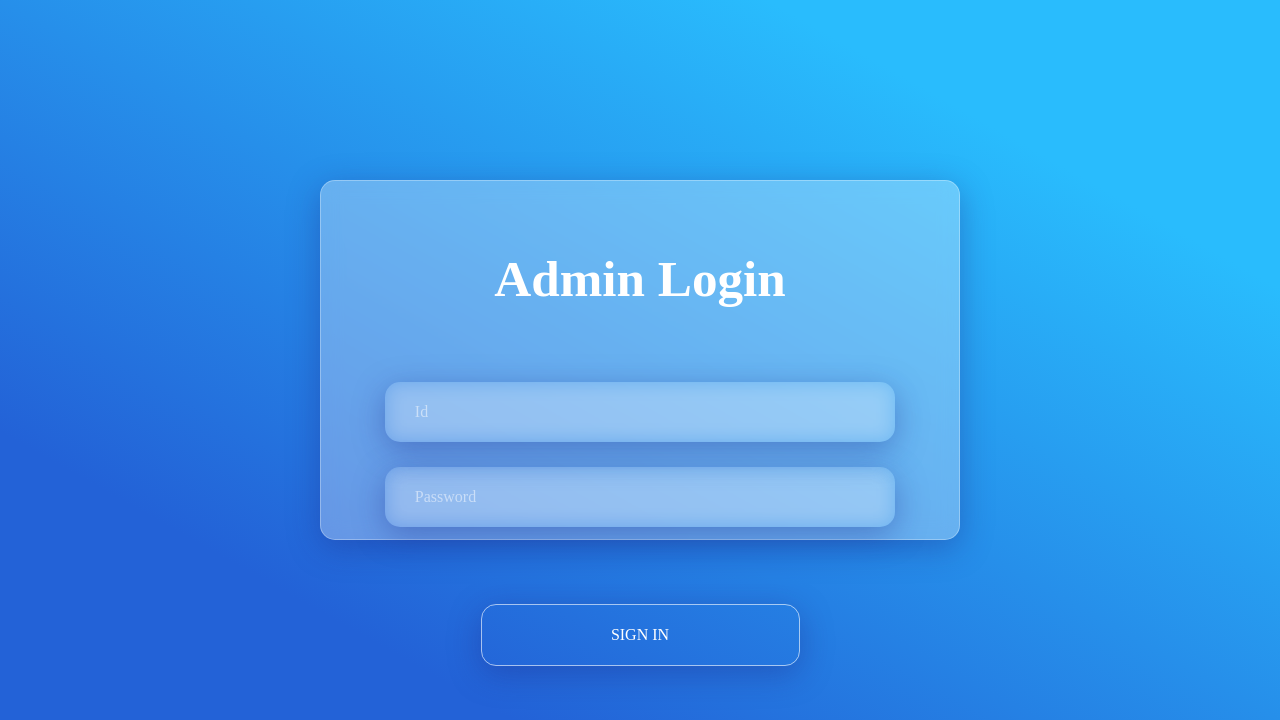
Repository: LEEYONGJUN3068/cms
Page: /login
An editor plug-in stored every save of this project. The page is shown before and after the next save, followed by the edit.
The browser window is 1280 px wide. The pictures show the whole page.
The page's requests for data from a server got no answer. The project was rebuilt for these pictures with package versions that can differ from the ones it lists, and the page was loaded fresh each time. The framework's server and built-in components were replaced by stand-ins that run in the browser. No one was signed in, and anything a server would have sent is missing. Also part of the build but not shown: next.config.mjs.

Above is the page before, as saved 2025-09-23 14:45:07.

After the next save:
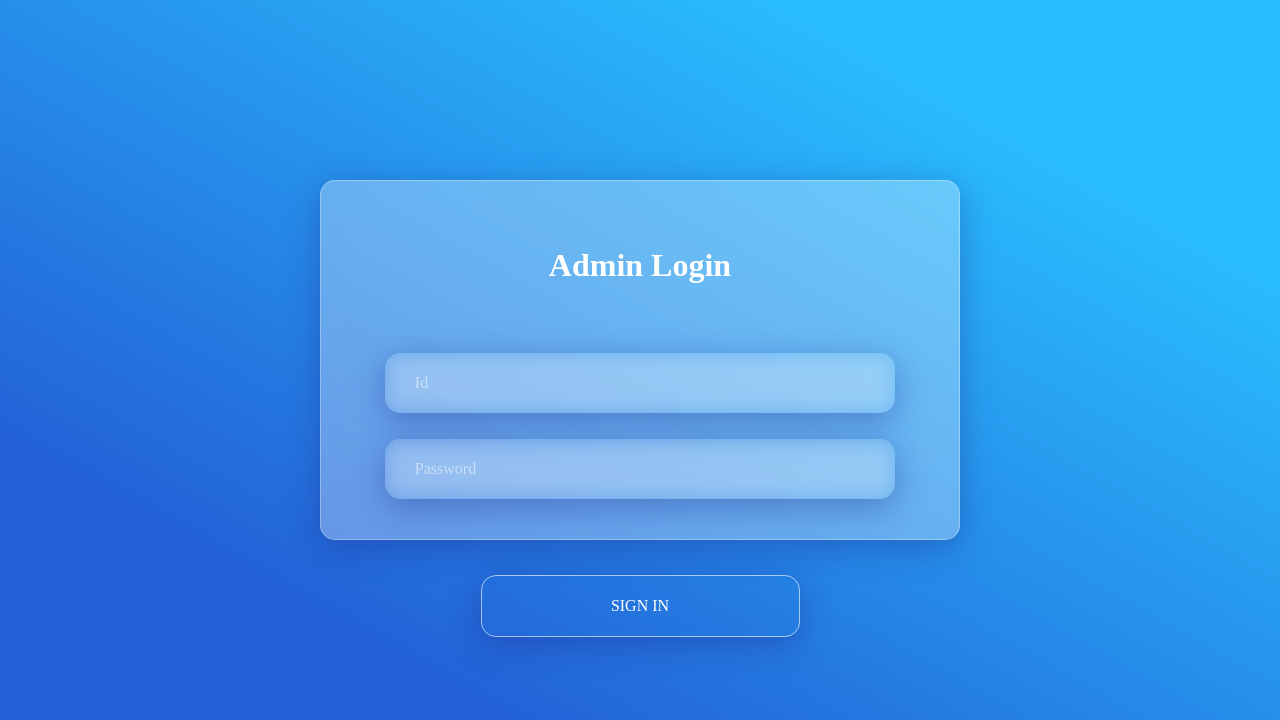
Saved 7 s later.
--- a/src/app/login/login.module.scss
+++ b/src/app/login/login.module.scss
@@ -22,7 +22,7 @@
         h2{
             text-align: center;
             font-weight: bold;
-            font-size: clamp(0px, 4vw, 1500px);
+            font-size: clamp(0px, 4vw, 32px);
             margin-bottom: 5vw;
         }
 
